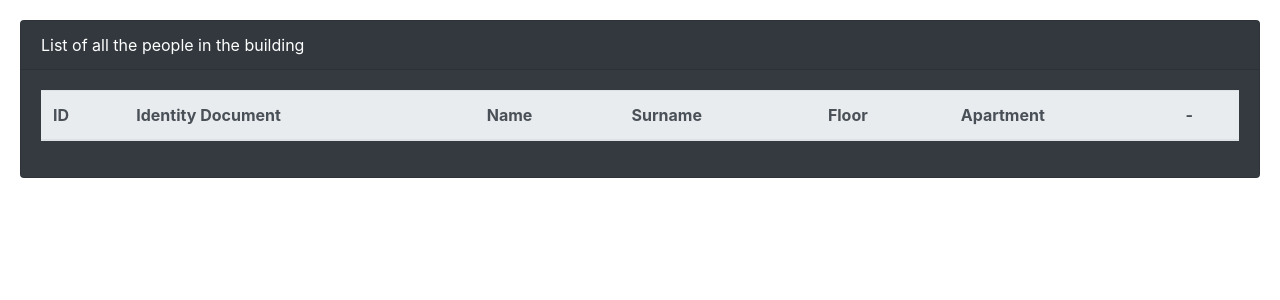
Repository: JMarJus/TalleresDUAL_2
Page: http://localhost/people
These files come from the project's save history. The page is drawn as it stood at one moment and after the next save; the edit follows.
The browser window is 1280 px wide. The pictures show the whole page.
The page is this project's Thymeleaf template; nobody is signed in. The template is opened directly, without the code that normally fills it, so the values that code supplies are empty.

Above is the page before, as saved 2023-12-25 17:30:46.
Console error: TypeError: Cannot read properties of undefined (reading 'fn')

### spring01/src/main/resources/templates/people.html
<!DOCTYPE html>
<html xmlns:th="http://www.thymeleaf.org">
	<head>
		<meta http-equiv="Content-Type" content="text/html; charset=UTF-8" />
		<title>Spring 01 - View person</title>
		<link rel="stylesheet" href="https://stackpath.bootstrapcdn.com/bootstrap/4.3.1/css/bootstrap.min.css">
		<script src="https://stackpath.bootstrapcdn.com/bootstrap/4.3.1/js/bootstrap.min.js"></script>
	</head>
	<body class="card-body">
		<div class="card text-white bg-dark mb-3">
			<div class="card-header">List of all the people in the building</div>
			<div class="card-body">
				<table class="table table-striped table-dark">
					<thead class="thead-light">
						<tr>
							<th scope="col">ID</th>
							<th scope="col">Identity Document</th>
							<th scope="col">Name</th>
							<th scope="col">Surname</th>
							<th scope="col">Floor</th>
							<th scope="col">Apartment</th>
							<th scope="col">-</th>
						</tr>
					</thead>
					<tbody>
						<th:block th:each="person:${people}">
							<tr>
								<td th:text="${person.id}"/>
								<td th:text="${person.identityDoc}"/>
								<td th:text="${person.name}"/>
								<td th:text="${person.surname}"/>
								<th:block th:each="apartment:${apartments}">
								<td th:text="${person.surname}"/>
									<span th:if="${apartment.id}==${person.apartmentId}"><td th:text="${apartment.letter}"/></span>
									<th:block th:each="floor:${floors}">
										<span th:if="${floor.id}==${apartment.floorId}"><td th:text="${floor.level}"/></span>
									</th:block>
								</th:block>
								<td>
									<form th:action="@{/postRemovePerson}" method="post">
										<button type="submit" id="btnRemovePerson" name="identityDoc" th:value="${person.identityDoc}" class="btn btn-danger">X</button>
									</form>
								</td>
							</tr>
						</th:block>
					</tbody>
				</table>
			</div>
		</div>
	</body>
</html>

After the next save:
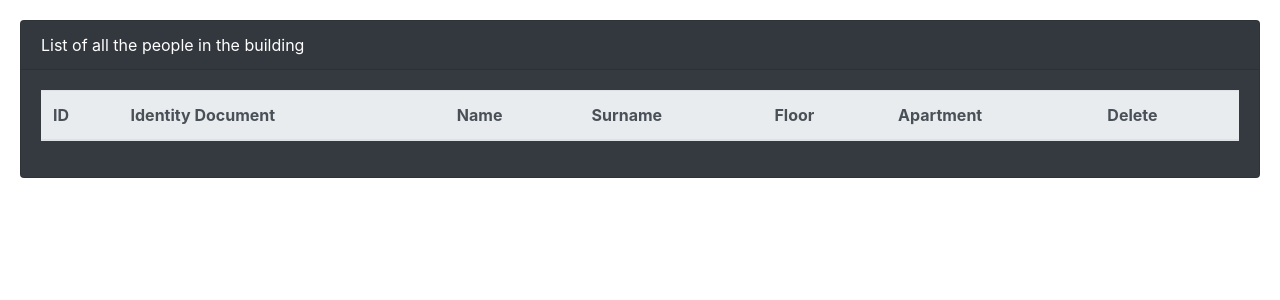
Saved 39 s later.
--- a/spring01/src/main/resources/templates/people.html
+++ b/spring01/src/main/resources/templates/people.html
@@ -10,7 +10,7 @@
 		<div class="card text-white bg-dark mb-3">
 			<div class="card-header">List of all the people in the building</div>
 			<div class="card-body">
-				<table class="table table-striped table-dark">
+				<table class="table table-striped table-blue">
 					<thead class="thead-light">
 						<tr>
 							<th scope="col">ID</th>
@@ -19,7 +19,7 @@
 							<th scope="col">Surname</th>
 							<th scope="col">Floor</th>
 							<th scope="col">Apartment</th>
-							<th scope="col">-</th>
+							<th scope="col">Delete</th>
 						</tr>
 					</thead>
 					<tbody>
